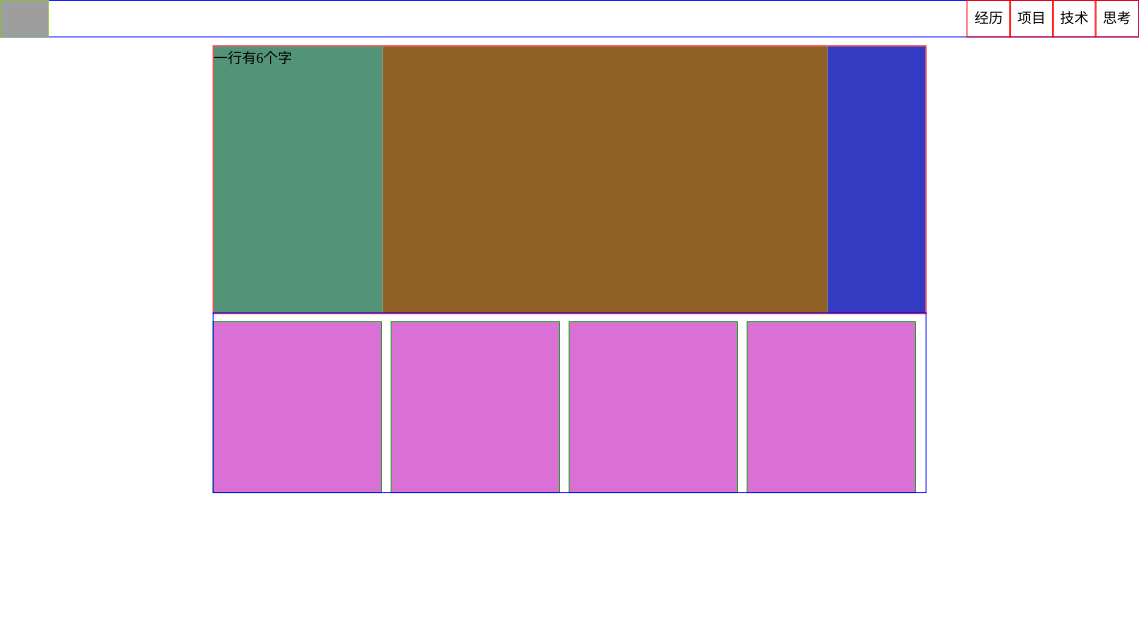
Repository: Lixianlai-2/Css-practice
Page: flex布局/index.html
The author's editor kept a copy of each file at every save. The page is drawn from the files as they stood at one save, then again after the next save.
The browser window is 1280 px wide. The pictures show the whole page, at 89% of full size.
Pictures or frames that could not be fetched are drawn as grey boxes.

Above is the page before, as saved 2021-12-04 11:05:32.

After the next save:
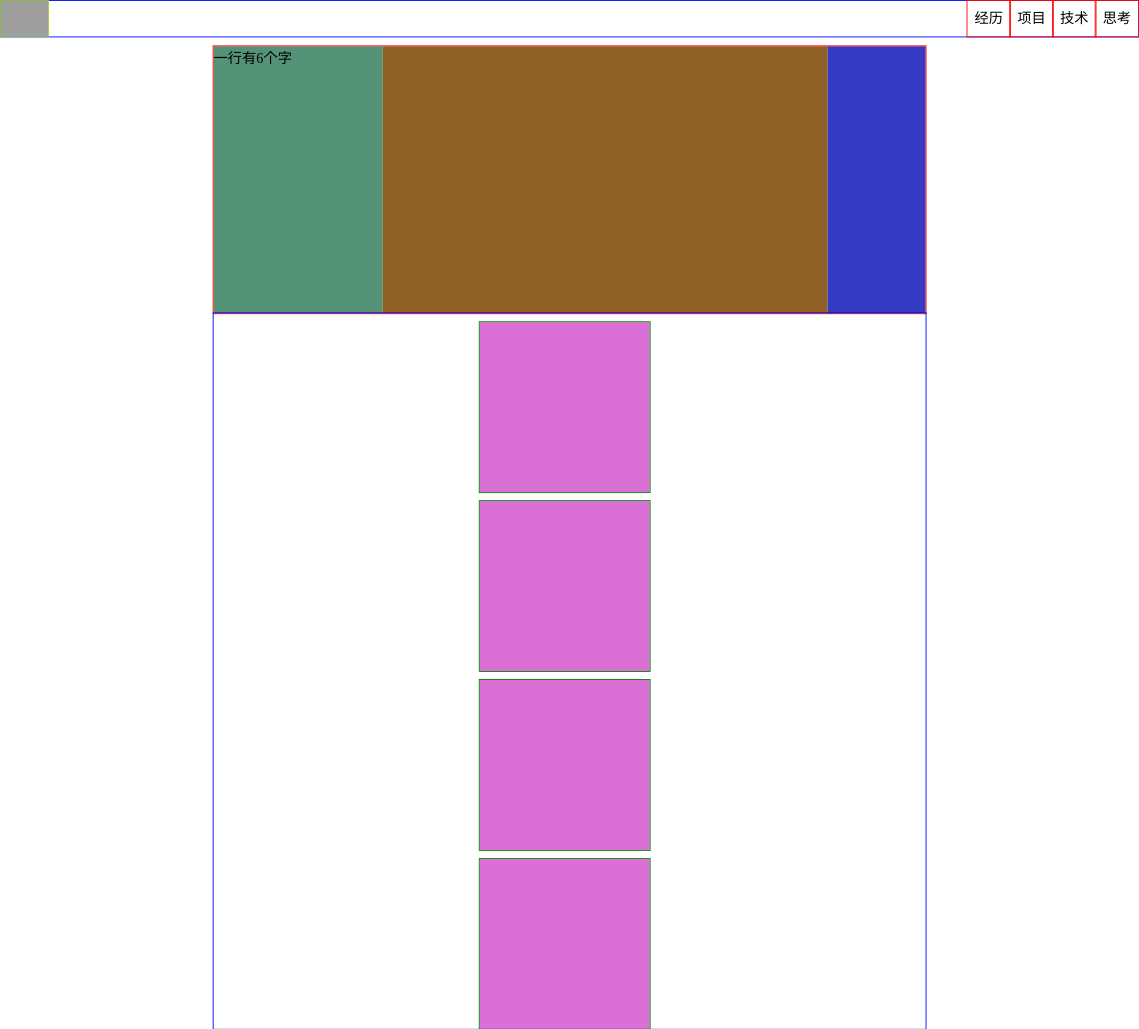
Saved 27 s later.
--- a/flex布局/index.html
+++ b/flex布局/index.html
@@ -28,10 +28,12 @@
     </div>
 
     <div class="imageList">
-      <div class="image"></div>
-      <div class="image"></div>
-      <div class="image"></div>
-      <div class="image"></div>
+      <div class="x">
+        <div class="image"></div>
+        <div class="image"></div>
+        <div class="image"></div>
+        <div class="image"></div>
+      </div>
     </div>
   </body>
 </html>

After the save that followed:
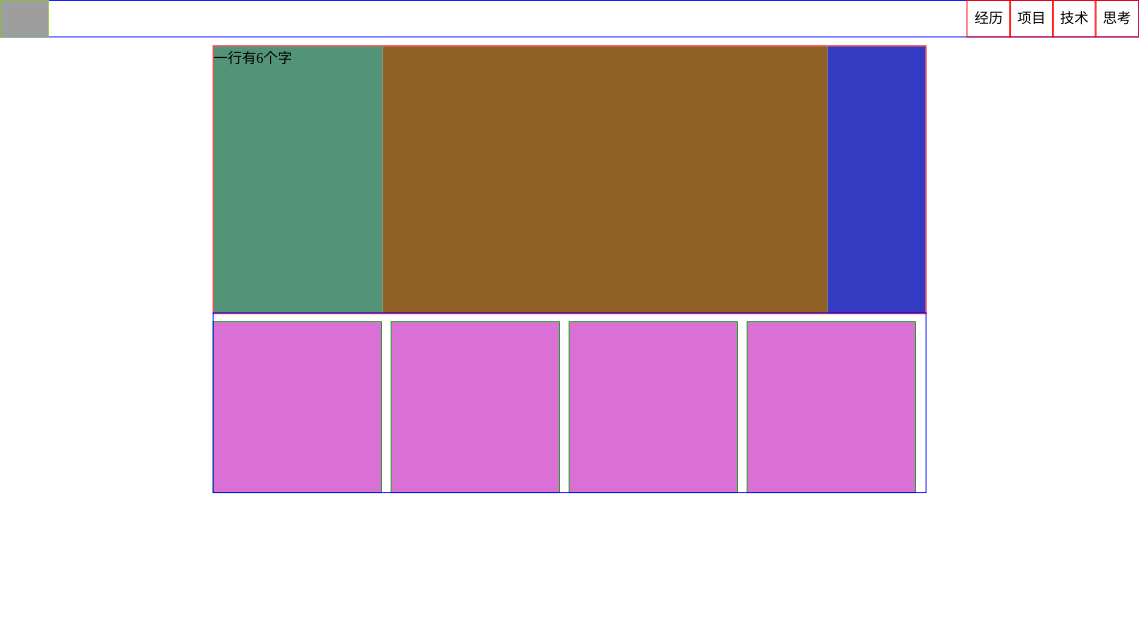
Saved 21 s later.
--- a/flex布局/style.css
+++ b/flex布局/style.css
@@ -82,7 +82,6 @@ ul {
 }
 
 .imageList {
-  display: flex;
   justify-content: space-evenly;
   outline: 1px solid blue;
   width: 800px;
@@ -98,3 +97,7 @@ ul {
   margin-top: 10px;
   margin-right: 12px;
 }
+
+.x {
+  display: flex;
+}
